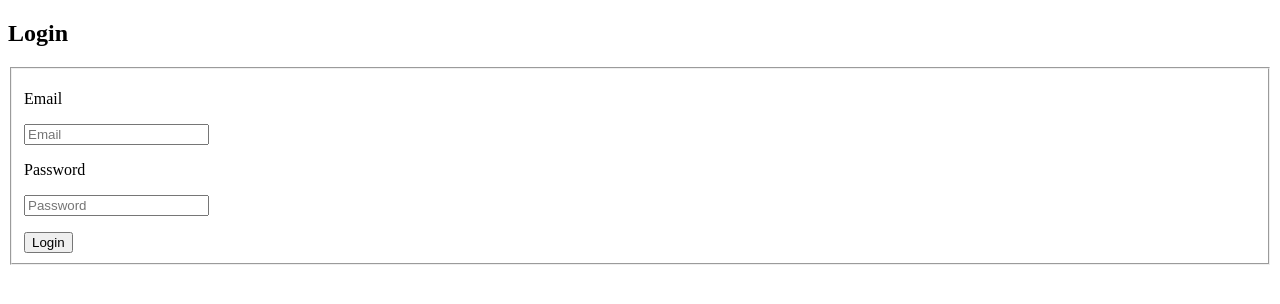
Repository: osho-agyeya/sts-examples
Page: http://localhost/BankWebApp/login.jsp
An editor plug-in stored every save of this project. The page is shown before and after the next save, followed by the edit.
The browser window is 1280 px wide. The pictures show the whole page.
The page is served by Tomcat 9. Other server files are loaded and not shown.

Above is the page before, as saved 2020-02-25 06:21:40.

### BankWebApp/WebContent/login.jsp
<%@ page language="java" contentType="text/html; charset=ISO-8859-1"
    pageEncoding="ISO-8859-1"%>
<!DOCTYPE html PUBLIC "-//W3C//DTD HTML 4.01 Transitional//EN" "http://www.w3.org/TR/html4/loose.dtd">
<html>
<head>
<meta http-equiv="Content-Type" content="text/html; charset=ISO-8859-1">
<title>Login</title>
</head>
<body>

	<h2>Login</h2>

	<%
		System.out.println("Hello scriplet");// this going to service
		String email = request.getParameter("email");

		String password = request.getParameter("pwd"); // we have to end with a semicolon
	    if(email == null){
	        email="";
	    }
	%>
	<form action="validate" method="post">
		<fieldset>
			<p>Email</p>
			<p>
				<input type="text" placeholder="Email" name="email" value="<%=email%>">
			</p>
			<p>Password</p>
			<p>
				<input type="text" placeholder="Password" name="pwd"/>
			</p>
			<div>
				<button type="submit">Login</button>
			</div>
		</fieldset>
	</form>


</body>
</html>

After the next save:
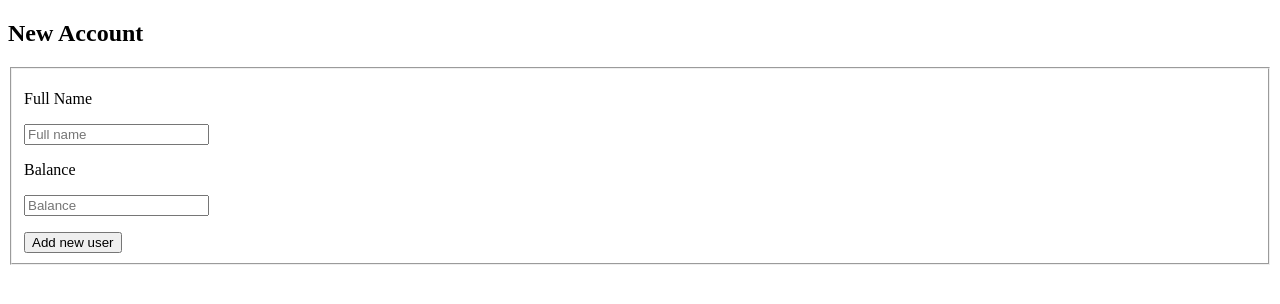
Saved 27 s later.
--- a/BankWebApp/WebContent/login.jsp
+++ b/BankWebApp/WebContent/login.jsp
@@ -4,33 +4,24 @@
 <html>
 <head>
 <meta http-equiv="Content-Type" content="text/html; charset=ISO-8859-1">
-<title>Login</title>
+<title>New Account</title>
 </head>
 <body>
 
-	<h2>Login</h2>
+	<h2>New Account</h2>
 
-	<%
-		System.out.println("Hello scriplet");// this going to service
-		String email = request.getParameter("email");
-
-		String password = request.getParameter("pwd"); // we have to end with a semicolon
-	    if(email == null){
-	        email="";
-	    }
-	%>
-	<form action="validate" method="post">
+	<form action="newaccount" method="post">
 		<fieldset>
-			<p>Email</p>
+			<p>Full Name</p>
 			<p>
-				<input type="text" placeholder="Email" name="email" value="<%=email%>">
+				<input type="text" placeholder="Full name" name="fullName" required/>
 			</p>
-			<p>Password</p>
+			<p>Balance</p>
 			<p>
-				<input type="text" placeholder="Password" name="pwd"/>
+				<input type="number" placeholder="Balance" name="balance" min="0" required/>
 			</p>
 			<div>
-				<button type="submit">Login</button>
+				<button type="submit">Add new user</button>
 			</div>
 		</fieldset>
 	</form>
